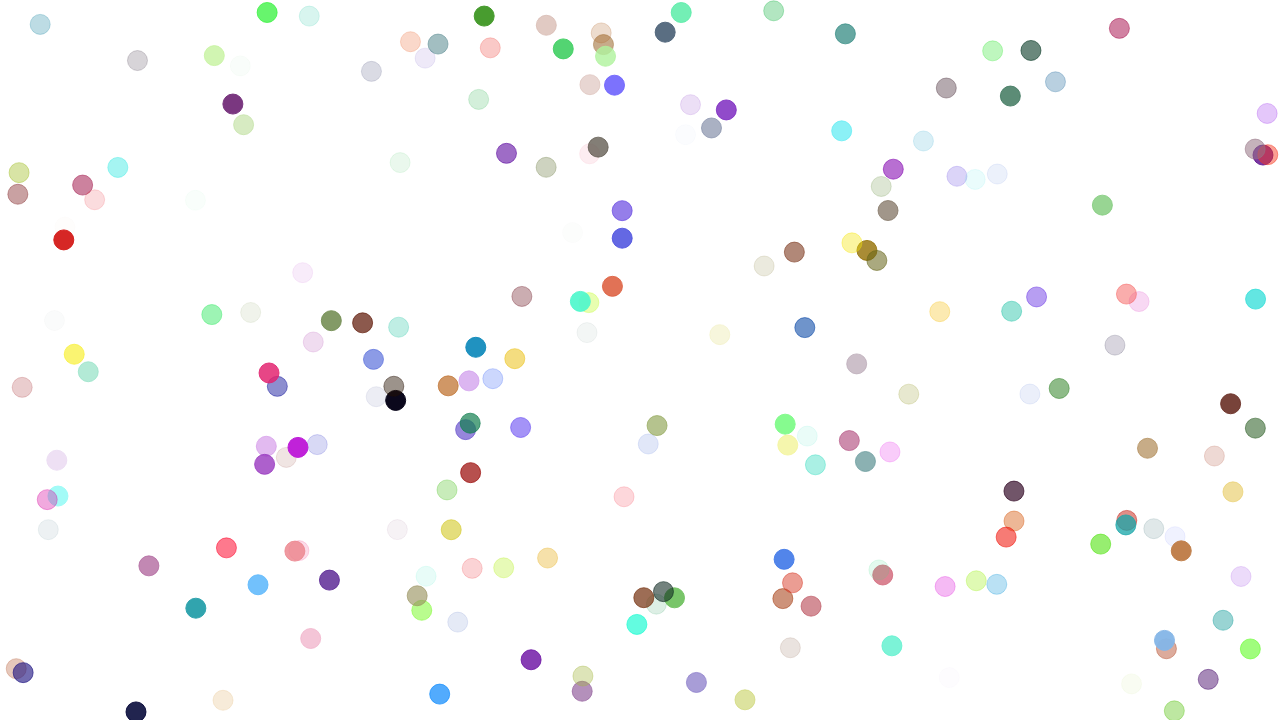
Repository: MikeTroianello/canvas-testing
Page: index.html
The author's editor kept a copy of each file at every save. The page is drawn from the files as they stood at one save, then again after the next save.
The browser window is 1280 px wide. The pictures show the whole page.

Above is the page before, as saved 2019-06-05 21:49:32.

### index.html
<!DOCTYPE html>
<html lang="en">
  <head>
    <meta charset="UTF-8" />
    <meta name="viewport" content="width=device-width, initial-scale=1.0" />
    <meta http-equiv="X-UA-Compatible" content="ie=edge" />
    <link rel="stylesheet" type="text/css" href="style.css" />
    <title>Canvas</title>
  </head>
  <body>
    <canvas></canvas>
    <script src="canvas.js"></script>
  </body>
</html>

### style.css
body {
  margin: 0;
}

/* canvas {
  border: 1px solid black;
} */

### canvas.js
var canvas = document.querySelector('canvas');
console.log(canvas);

canvas.width = window.innerWidth;
canvas.height = window.innerHeight;

var ctx = canvas.getContext('2d');

// for (let i = 0; i < canvas.width; i++) {
//   ctx.fillStyle = `rgba(${i}, ${i}, ${i * 30}, 1)`;
//   ctx.fillRect(i * 100, i * 100, 100, 100);
// }

//Line

// ctx.beginPath();
// ctx.moveTo(50, 300);
// ctx.lineTo(300, 100);
// ctx.lineTo(400, 300);
// ctx.strokeStyle = 'blue';
// ctx.stroke();

//arc
// ctx.beginPath();
// ctx.arc(300, 300, 30, 0, Math.PI * 2, false);
// ctx.strokeStyle = 'red';
// ctx.stroke();

// for (let i = 0; i < 1009; i++) {
//   var x = Math.random() * window.innerWidth;
//   var y = Math.random() * window.innerHeight;
//   var r = Math.floor(Math.random() * 255);
//   ctx.beginPath();
//   ctx.arc(x, y, 30, 0, Math.PI * 2, false);
//   ctx.strokeStyle = `rgba(${Math.floor(Math.random() * 255)},${Math.floor(
//     Math.random() * 255
//   )},${Math.floor(Math.random() * 255)}, ${Math.random()}`;
//   ctx.stroke();
// }

//MOVING CIRCLES

var mouse = {
  x: undefined,
  y: undefined
};

let maxLimit = 50;

window.addEventListener('mousemove', function(event) {
  mouse.x = event.x;
  mouse.y = event.y;
});

class Circle {
  constructor(x, y, dx, dy, radius, color) {
    this.x = x;
    this.y = y;
    this.dx = dx;
    this.dy = dy;
    this.radius = radius;
    this.color = color;
    this.draw = function() {
      ctx.beginPath();
      ctx.arc(this.x, this.y, this.radius, 0, Math.PI * 2, false);
      ctx.strokeStyle = this.color;
      ctx.stroke();
      ctx.fillStyle = this.color;
      ctx.fill();
    };
    this.update = function() {
      if (this.x + radius >= innerWidth || this.x - radius <= 0) {
        this.dx = -this.dx;
      }
      if (this.y + radius >= innerHeight || this.y - radius <= 0) {
        this.dy = -this.dy;
      }
      this.x += this.dx;
      this.y += this.dy;

      // interactivity

      if (
        mouse.x - this.x < 50 &&
        mouse.x - this.x > -50 &&
        mouse.y - this.y < 50 &&
        mouse.y - this.y > -50
      ) {
        if (this.radius < maxLimit) {
          this.radius++;
        }
      } else if (this.radius > 10) {
        this.radius--;
      }

      this.draw();
    };
  }
}

var circleArray = [];

for (let i = 0; i < 200; i++) {
  // let r = Math.random() * 35;
  let r = 10;
  let x = Math.random() * (innerWidth - r * 2) + r;
  let y = Math.random() * (innerHeight - r * 2) + r;
  let dx = (Math.random() - 0.5) * 5;
  let dy = (Math.random() - 0.5) * 5;
  let color = `rgba(${Math.floor(Math.random() * 255)},${Math.floor(
    Math.random() * 255
  )},${Math.floor(Math.random() * 255)}, ${Math.random()}`;
  circleArray.push(new Circle(x, y, dx, dy, r, color));
}

console.log(circleArray);

function animate() {
  requestAnimationFrame(animate);
  ctx.clearRect(0, 0, innerWidth, innerHeight);

  for (let i = 0; i < circleArray.length; i++) {
    circleArray[i].update();
  }
}

animate();

After the next save:
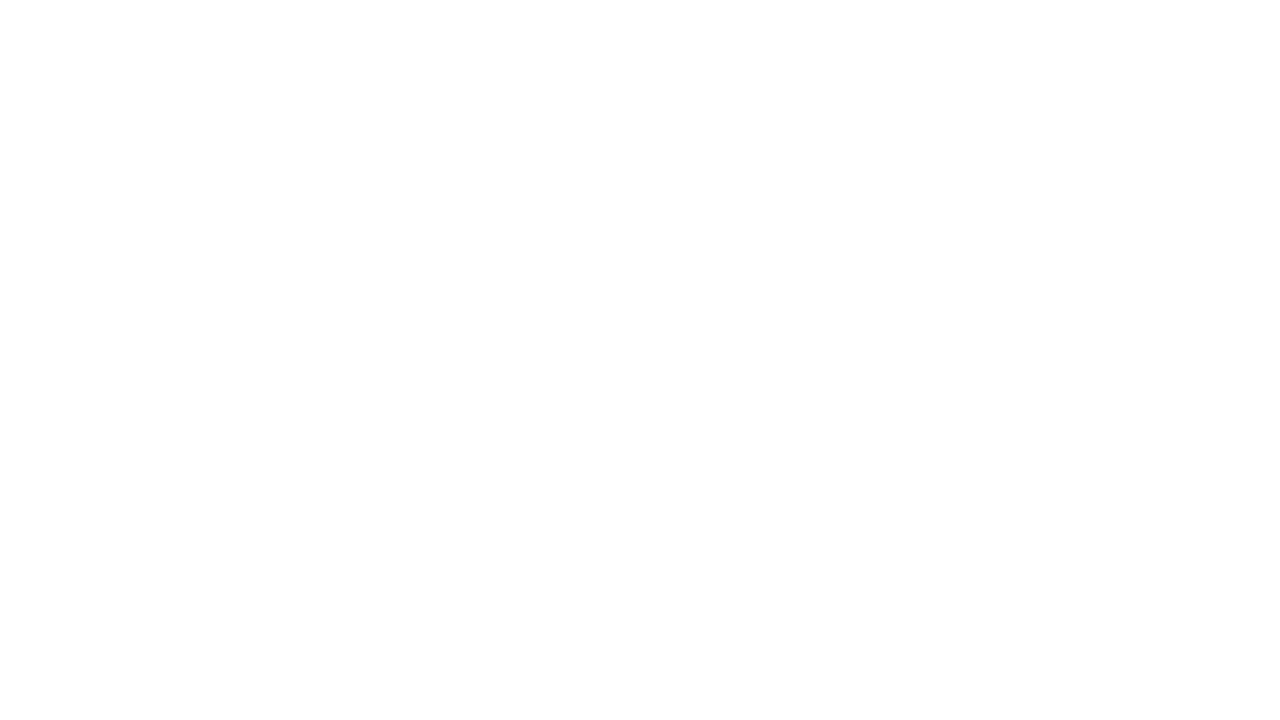
Console error: SyntaxError: Identifier 'maxRadius' has already been declared
Saved 26 s later.
--- a/canvas.js
+++ b/canvas.js
@@ -45,7 +45,8 @@
   y: undefined
 };
 
-let maxLimit = 50;
+let maxRadius = 50;
+let maxRadius = 10;
 
 window.addEventListener('mousemove', function(event) {
   mouse.x = event.x;

After the 3 saves that followed:
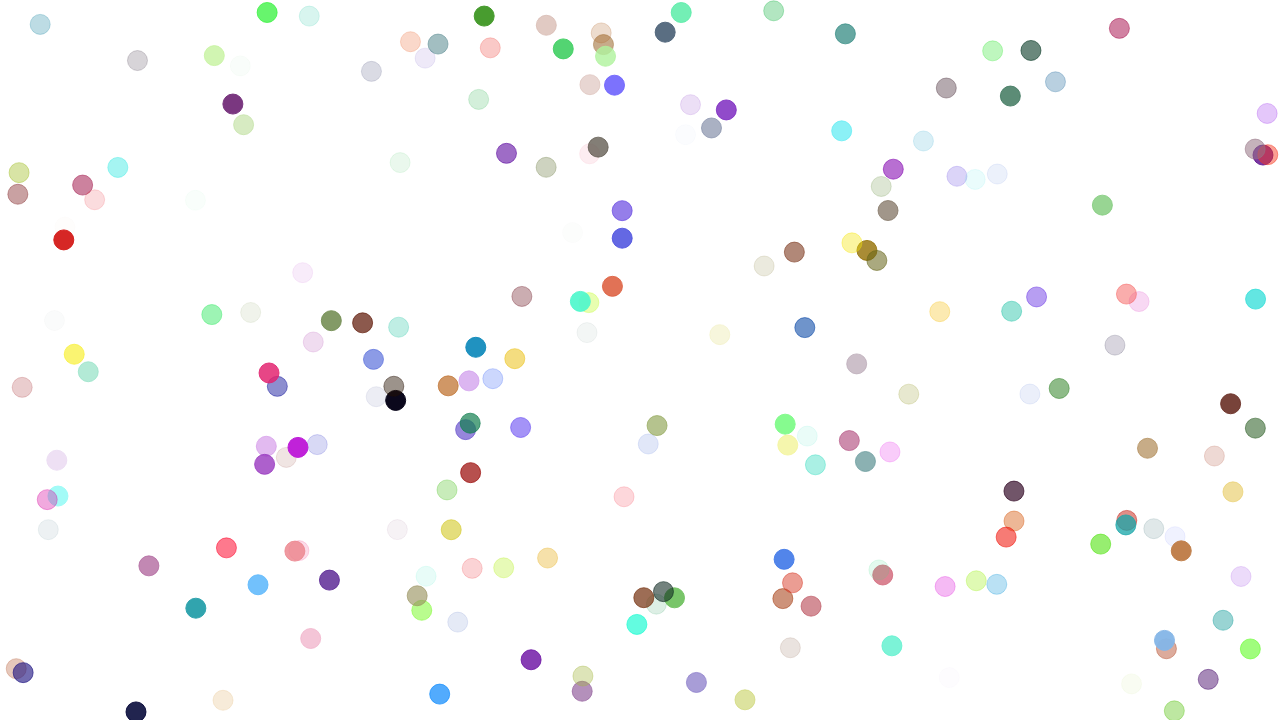
The error is gone.
The 3 saves are shown as one change because 2 left the picture as it was.
The last was saved 33 s later.
--- a/canvas.js
+++ b/canvas.js
@@ -46,7 +46,7 @@
 };
 
 let maxRadius = 50;
-let maxRadius = 10;
+let minRadius = 10;
 
 window.addEventListener('mousemove', function(event) {
   mouse.x = event.x;
@@ -87,10 +87,10 @@
         mouse.y - this.y < 50 &&
         mouse.y - this.y > -50
       ) {
-        if (this.radius < maxLimit) {
+        if (this.radius < maxRadius) {
           this.radius++;
         }
-      } else if (this.radius > 10) {
+      } else if (this.radius > minRadius) {
         this.radius--;
       }
 
